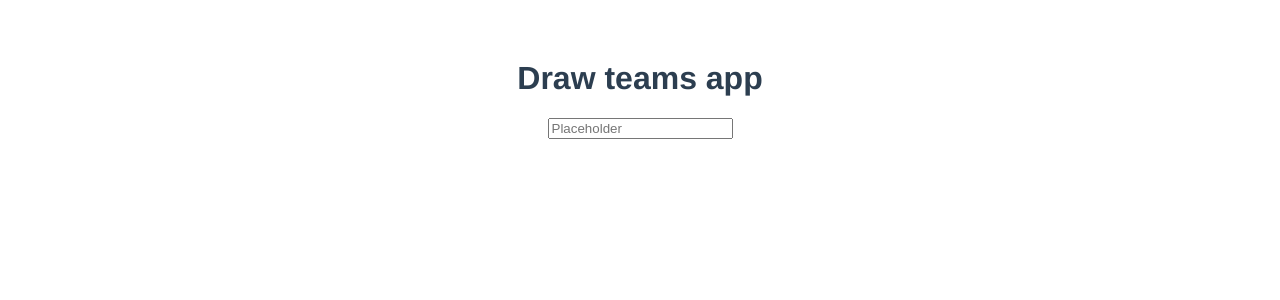
Repository: AlekJanevski/draw-teams-app
Page: /
The author's editor kept a copy of each file at every save. The page is drawn from the files as they stood at one save, then again after the next save.
The browser window is 1280 px wide. The pictures show the whole page.
The project was rebuilt for these pictures with package versions that can differ from the ones it lists, and the page was loaded fresh each time.

Above is the page before, as saved 2021-03-18 20:13:13.

After the next save:
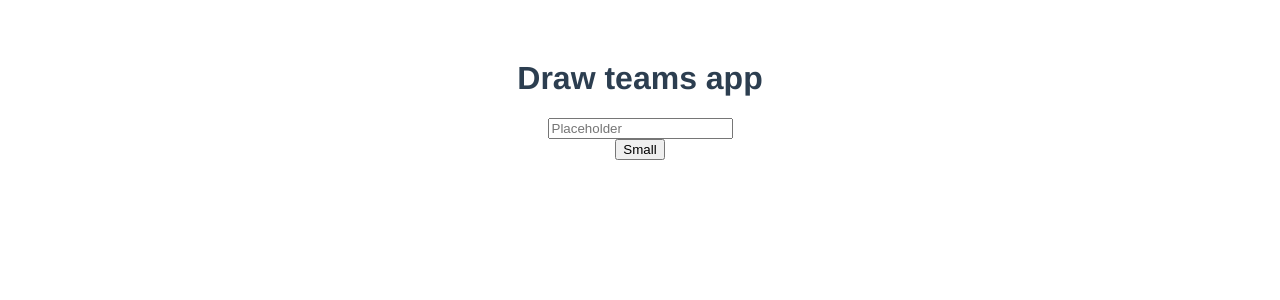
Saved 65 s later.
--- a/src/components/HelloWorld.vue
+++ b/src/components/HelloWorld.vue
@@ -5,6 +5,9 @@
     <div class="pt-0 mb-3">
       <input type="text" placeholder="Placeholder" class="relative w-full px-3 py-3 text-sm text-gray-700 placeholder-gray-400 bg-white border border-gray-400 rounded outline-none focus:outline-none focus:shadow-outline"/>
     </div>
+    <button class="px-4 py-2 mb-1 mr-1 text-xs font-bold text-white uppercase bg-blue-500 rounded shadow outline-none active:bg-blue-600 hover:shadow-md focus:outline-none" type="button" style="transition: all .15s ease">
+      Small
+    </button>
   </div>
 </template>
 
